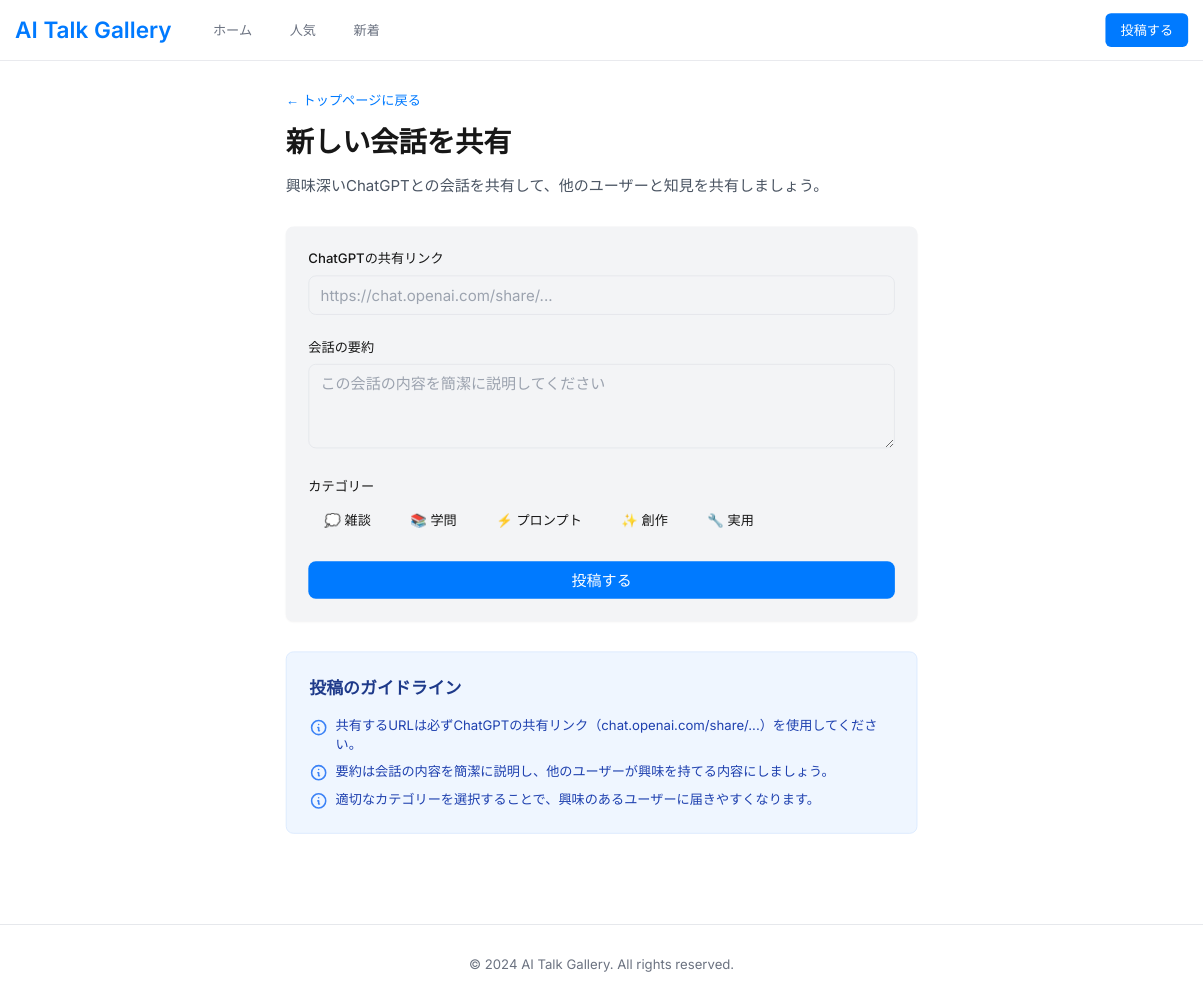
Repository: hayakawa1/ai-talk-gallery
Page: /posts/new
An editor plug-in stored every save of this project. The page is shown before and after the next save, followed by the edit.
The browser window is 1280 px wide. The pictures show the whole page, at 94% of full size.
The project was rebuilt for these pictures with package versions that can differ from the ones it lists, and the page was loaded fresh each time. The framework's server and built-in components were replaced by stand-ins that run in the browser. Also part of the build but not shown: next.config.ts, src/components/category-filter.tsx, src/components/ui/toast.tsx.

Above is the page before, as saved 2024-12-17 02:13:51.

### src/app/layout.tsx
import './globals.css'
import type { Metadata } from 'next'
import { Inter } from 'next/font/google'
import { HeaderNav } from '@/components/header-nav'
import Link from 'next/link'

const inter = Inter({
  subsets: ['latin'],
  display: 'swap',
})

export const metadata: Metadata = {
  title: 'AI Talk Gallery',
  description: 'Share interesting AI conversations',
}

export default function RootLayout({
  children,
}: {
  children: React.ReactNode
}) {
  return (
    <html lang="ja">
      <body className={inter.className}>
        <div className="min-h-screen bg-white">
          <header className="sticky top-0 z-40 w-full border-b bg-white/95 backdrop-blur supports-[backdrop-filter]:bg-white/60">
            <div className="container mx-auto flex h-16 items-center justify-between px-4">
              <div className="flex items-center gap-8">
                <Link href="/" className="text-2xl font-semibold text-accent">
                  AI Talk Gallery
                </Link>
                <HeaderNav />
              </div>
              <div className="flex items-center gap-4">
                <Link
                  href="/posts/new"
                  className="inline-flex items-center justify-center rounded-md bg-accent px-4 py-2 text-sm font-medium text-white hover:bg-accent/90"
                >
                  投稿する
                </Link>
              </div>
            </div>
          </header>
          <main>
            {children}
          </main>
          <footer className="border-t py-8 mt-16">
            <div className="container mx-auto px-4 text-center text-sm text-gray-500">
              <p>© 2024 AI Talk Gallery. All rights reserved.</p>
            </div>
          </footer>
        </div>
      </body>
    </html>
  )
}

### src/app/posts/new/page.tsx
import Link from "next/link"
import { PostForm } from "@/components/post-form"

export default function NewPostPage() {
  return (
    <div className="container py-8">
      <div className="max-w-2xl mx-auto">
        {/* ヘッダー */}
        <div className="mb-8">
          <div className="flex items-center gap-2 text-sm text-gray-500 mb-4">
            <Link href="/" className="text-accent hover:underline">
              ← トップページに戻る
            </Link>
          </div>
          <h1 className="text-3xl font-bold mb-4">新しい会話を共有</h1>
          <p className="text-gray-600">
            興味深いChatGPTとの会話を共有して、他のユーザーと知見を共有しましょう。
          </p>
        </div>

        {/* フォーム */}
        <div className="bg-card rounded-lg p-6 shadow-sm">
          <PostForm />
        </div>

        {/* ガイドライン */}
        <div className="mt-8 bg-blue-50 border border-blue-100 rounded-lg p-6">
          <h2 className="text-lg font-semibold mb-4 text-blue-900">投稿のガイドライン</h2>
          <ul className="space-y-2 text-sm text-blue-800">
            <li className="flex items-start gap-2">
              <svg className="w-5 h-5 text-blue-500 mt-0.5 flex-shrink-0" fill="none" stroke="currentColor" viewBox="0 0 24 24">
                <path strokeLinecap="round" strokeLinejoin="round" strokeWidth={2} d="M13 16h-1v-4h-1m1-4h.01M21 12a9 9 0 11-18 0 9 9 0 0118 0z" />
              </svg>
              <span>
                共有するURLは必ずChatGPTの共有リンク（chat.openai.com/share/...）を使用してください。
              </span>
            </li>
            <li className="flex items-start gap-2">
              <svg className="w-5 h-5 text-blue-500 mt-0.5 flex-shrink-0" fill="none" stroke="currentColor" viewBox="0 0 24 24">
                <path strokeLinecap="round" strokeLinejoin="round" strokeWidth={2} d="M13 16h-1v-4h-1m1-4h.01M21 12a9 9 0 11-18 0 9 9 0 0118 0z" />
              </svg>
              <span>
                要約は会話の内容を簡潔に説明し、他のユーザーが興味を持てる内容にしましょう。
              </span>
            </li>
            <li className="flex items-start gap-2">
              <svg className="w-5 h-5 text-blue-500 mt-0.5 flex-shrink-0" fill="none" stroke="currentColor" viewBox="0 0 24 24">
                <path strokeLinecap="round" strokeLinejoin="round" strokeWidth={2} d="M13 16h-1v-4h-1m1-4h.01M21 12a9 9 0 11-18 0 9 9 0 0118 0z" />
              </svg>
              <span>
                適切なカテゴリーを選択することで、興味のあるユーザーに届きやすくなります。
              </span>
            </li>
          </ul>
        </div>
      </div>
    </div>
  )
}

### src/app/globals.css
@tailwind base;
@tailwind components;
@tailwind utilities;

:root {
  --header-height: 60px;
}

html {
  @apply h-full;
}

body {
  @apply h-full bg-white text-bolt-elements-textPrimary;
}

#root {
  @apply h-full w-full;
}

### src/components/header-nav.tsx
"use client"

import Link from "next/link"
import { usePathname } from "next/navigation"
import { cn } from "@/lib/utils"

const navigation = [
  { name: "ホーム", href: "/" },
  { name: "人気", href: "/popular" },
  { name: "新着", href: "/latest" },
]

export function HeaderNav() {
  const pathname = usePathname()

  return (
    <nav className="flex items-center space-x-4">
      {navigation.map((item) => (
        <Link
          key={item.name}
          href={item.href}
          className={cn(
            "px-3 py-2 text-sm font-medium rounded-md",
            pathname === item.href
              ? "bg-card text-bolt-elements-textPrimary"
              : "text-gray-500 hover:text-bolt-elements-textPrimary hover:bg-gray-50"
          )}
        >
          {item.name}
        </Link>
      ))}
    </nav>
  )
}

### src/components/post-form.tsx
"use client"

import { useState } from "react"
import { useForm } from "react-hook-form"
import { zodResolver } from "@hookform/resolvers/zod"
import { categories } from "@/components/category-filter"
import { postFormSchema, type PostFormData } from "@/lib/schemas"
import { Toast } from "@/components/ui/toast"

interface ToastState {
  message: string
  type: "success" | "error"
}

export function PostForm() {
  const [isSubmitting, setIsSubmitting] = useState(false)
  const [toast, setToast] = useState<ToastState | null>(null)
  const {
    register,
    handleSubmit,
    formState: { errors },
    reset,
  } = useForm<PostFormData>({
    resolver: zodResolver(postFormSchema),
  })

  const onSubmit = async (data: PostFormData) => {
    setIsSubmitting(true)
    try {
      const response = await fetch("/api/posts", {
        method: "POST",
        headers: {
          "Content-Type": "application/json",
        },
        body: JSON.stringify(data),
      })

      if (!response.ok) {
        throw new Error("投稿の作成に失敗しました")
      }

      reset()
      setToast({
        message: "投稿が完了しました",
        type: "success",
      })
    } catch (error) {
      setToast({
        message: error instanceof Error ? error.message : "投稿に失敗しました",
        type: "error",
      })
      console.error(error)
    } finally {
      setIsSubmitting(false)
    }
  }

  return (
    <>
      <form onSubmit={handleSubmit(onSubmit)} className="space-y-6">
        <div>
          <label htmlFor="url" className="block text-sm font-medium mb-2">
            ChatGPTの共有リンク
          </label>
          <input
            {...register("url")}
            type="url"
            id="url"
            placeholder="https://chat.openai.com/share/..."
            className="w-full px-3 py-2 bg-card rounded-lg border border-zinc-800 focus:outline-none focus:ring-2 focus:ring-accent"
          />
          {errors.url && (
            <p className="mt-1 text-sm text-red-500">{errors.url.message}</p>
          )}
        </div>

        <div>
          <label htmlFor="summary" className="block text-sm font-medium mb-2">
            会話の要約
          </label>
          <textarea
            {...register("summary")}
            id="summary"
            rows={3}
            placeholder="この会話の内容を簡潔に説明してください"
            className="w-full px-3 py-2 bg-card rounded-lg border border-zinc-800 focus:outline-none focus:ring-2 focus:ring-accent"
          />
          {errors.summary && (
            <p className="mt-1 text-sm text-red-500">{errors.summary.message}</p>
          )}
        </div>

        <div>
          <label className="block text-sm font-medium mb-2">カテゴリー</label>
          <div className="flex flex-wrap gap-2">
            {categories.map((category) => (
              <label
                key={category.name}
                className="inline-flex items-center"
              >
                <input
                  {...register("category")}
                  type="radio"
                  value={category.name}
                  className="sr-only"
                />
                <span className={`px-4 py-2 rounded-full text-sm font-medium cursor-pointer flex items-center gap-1 transition-colors ${
                  errors.category
                    ? "border border-red-500"
                    : "border border-transparent hover:bg-gray-50"
                } [&:has(input:checked)]:bg-accent [&:has(input:checked)]:text-white`}>
                  <span>{category.icon}</span>
                  <span>{category.name}</span>
                </span>
              </label>
            ))}
          </div>
          {errors.category && (
            <p className="mt-1 text-sm text-red-500">{errors.category.message}</p>
          )}
        </div>

        <button
          type="submit"
          disabled={isSubmitting}
          className="w-full px-4 py-2 bg-accent text-white rounded-lg hover:bg-accent/90 disabled:opacity-50"
        >
          {isSubmitting ? "投稿中..." : "投稿する"}
        </button>
      </form>
      {toast && (
        <Toast
          message={toast.message}
          type={toast.type}
          onClose={() => setToast(null)}
        />
      )}
    </>
  )
}

### src/lib/utils.ts
import { type ClassValue, clsx } from "clsx"
import { twMerge } from "tailwind-merge"

export function cn(...inputs: ClassValue[]) {
  return twMerge(clsx(inputs))
}

export async function fetchPageTitle(url: string): Promise<string> {
  try {
    const response = await fetch(url)
    const html = await response.text()
    const titleMatch = html.match(/<title>(.*?)<\/title>/)
    return titleMatch ? titleMatch[1] : "Untitled Chat"
  } catch (error) {
    console.error("Error fetching title:", error)
    return "Untitled Chat"
  }
}

### src/lib/schemas.ts
import { z } from "zod"

export const postFormSchema = z.object({
  url: z.string()
    .url("有効なURLを入力してください")
    .startsWith("https://chat.openai.com/share/", "ChatGPTの共有リンクを入力してください"),
  summary: z.string()
    .min(10, "要約は10文字以上で入力してください")
    .max(200, "要約は200文字以内で入力してください"),
  category: z.enum(["雑談", "学問", "プロンプト", "創作", "実用"], {
    required_error: "カテゴリーを選択してください",
  }),
})

export type PostFormData = z.infer<typeof postFormSchema>

### tailwind.config.js
/** @type {import('tailwindcss').Config} */
module.exports = {
  darkMode: 'class',
  content: [
    './src/pages/**/*.{js,ts,jsx,tsx,mdx}',
    './src/components/**/*.{js,ts,jsx,tsx,mdx}',
    './src/app/**/*.{js,ts,jsx,tsx,mdx}',
  ],
  theme: {
    extend: {
      colors: {
        'bolt-elements-background-depth-1': '#FFFFFF',
        'bolt-elements-textPrimary': '#171717',
        accent: '#007AFF',
        'card': '#F3F4F6',
        'card-hover': '#E5E7EB',
      },
      borderColor: {
        'zinc-800': '#E5E7EB',
      },
      container: {
        center: true,
        padding: {
          DEFAULT: '1rem',
          sm: '1.5rem',
          lg: '2rem',
        },
        screens: {
          sm: '640px',
          md: '768px',
          lg: '1024px',
          xl: '1280px',
          '2xl': '1440px',
        },
      },
      keyframes: {
        shimmer: {
          '100%': {
            transform: 'translateX(100%)',
          },
        },
      },
      animation: {
        shimmer: 'shimmer 1.5s infinite',
      },
    },
  },
  plugins: [
    require('@tailwindcss/typography'),
  ],
}

After the next save:
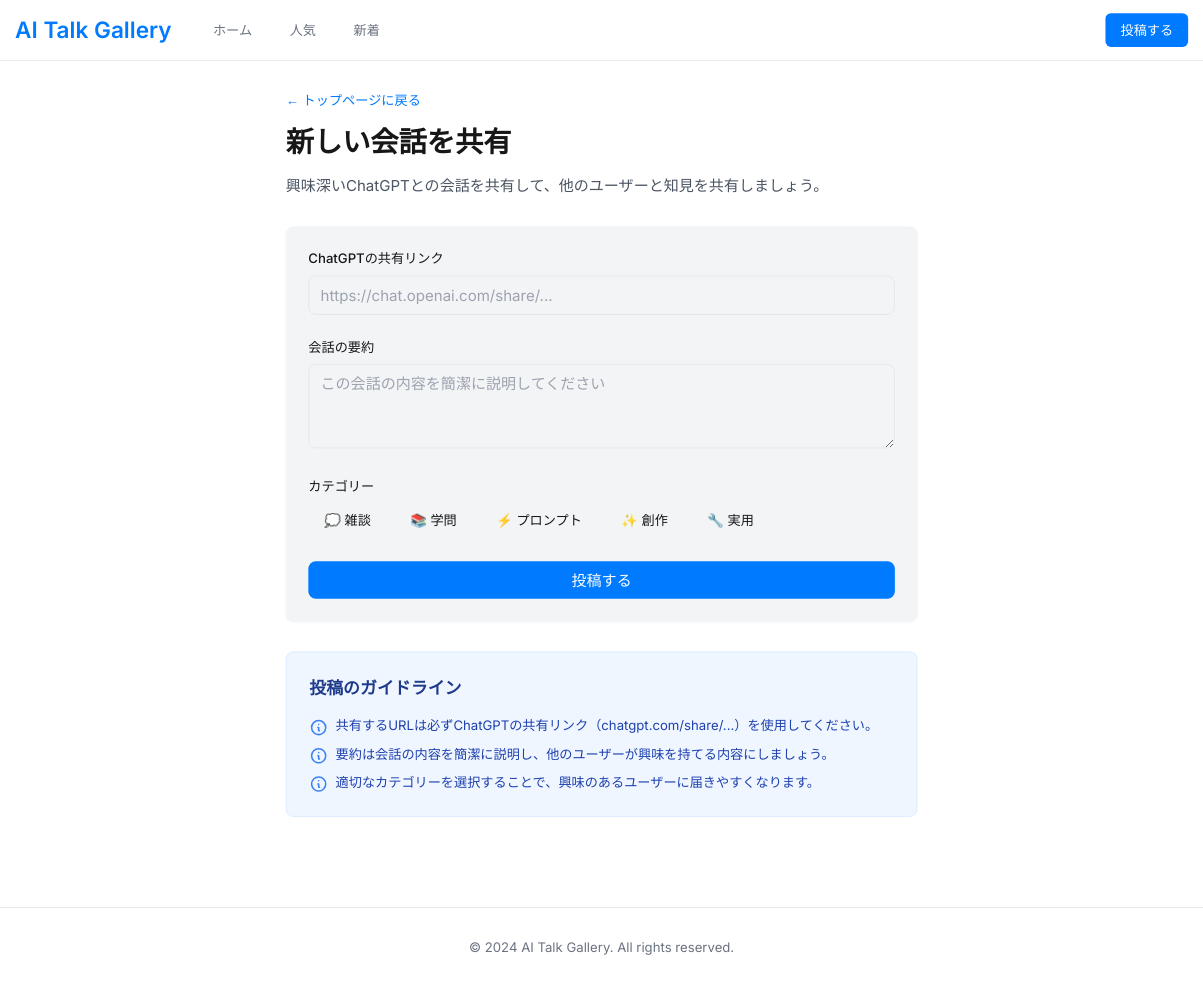
Saved 119 s later.
--- a/src/app/posts/new/page.tsx
+++ b/src/app/posts/new/page.tsx
@@ -32,7 +32,7 @@
                 <path strokeLinecap="round" strokeLinejoin="round" strokeWidth={2} d="M13 16h-1v-4h-1m1-4h.01M21 12a9 9 0 11-18 0 9 9 0 0118 0z" />
               </svg>
               <span>
-                共有するURLは必ずChatGPTの共有リンク（chat.openai.com/share/...）を使用してください。
+                共有するURLは必ずChatGPTの共有リンク（chatgpt.com/share/...）を使用してください。
               </span>
             </li>
             <li className="flex items-start gap-2">
